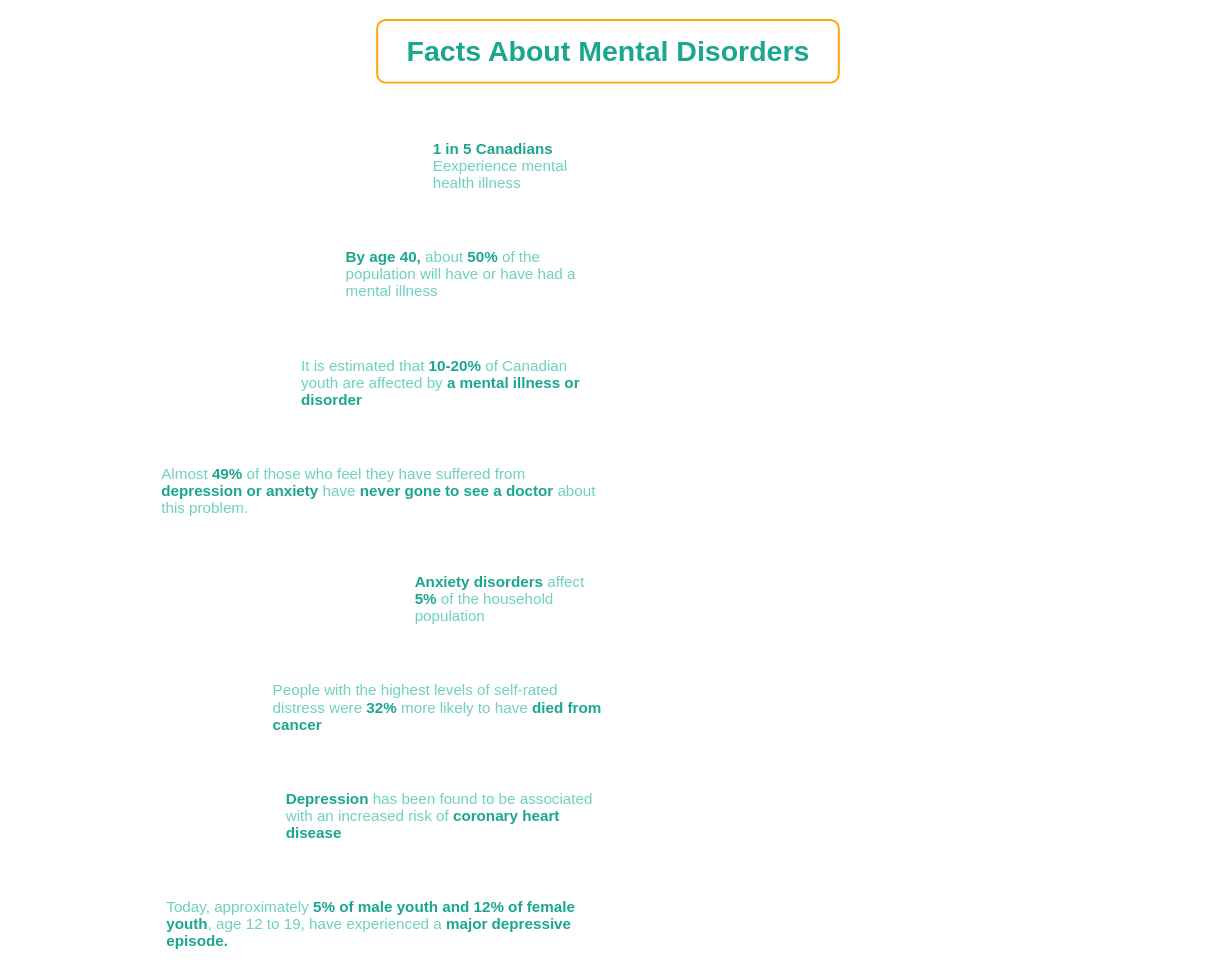
Repository: zzs1/2109-Dynamic-Content-Project
Page: joyce_code/index.html
The author's editor kept a copy of each file at every save. The page is drawn from the files as they stood at one save, then again after the next save.
The browser window is 1280 px wide. The pictures show the whole page, at 95% of full size.
Some web fonts or font styles are not loaded; a fallback is used.

Above is the page before, as saved 2021-03-08 20:55:50.
Console error: TypeError: Cannot read properties of null (reading 'innerHTML')

### joyce_code/index.html
<!DOCTYPE html>
<html>
  <head>
    <meta charset="UTF-8">
    <title>. </title>
    <link href="style.css" type="text/css" rel="stylesheet">
    <link href="https://fonts.googleapis.com/css2?family=Saira+Semi+Condensed:wght@500&display=swap" rel="stylesheet">
  </head>
  <body>
      <div id="main">

        <h3 id="heading"> Facts About Mental Disorders </h3>

        <div class="boxes" id="box1">
              <div class="text"><strong class="keyword">1 in 5 Canadians</strong> Eexperience mental health illness  </div>
              <div class="pic"></div>
        </div>

        <div class="boxes"  id="box2">
              <div class="pic"></div>
              <div class="text"><strong class="keyword">By age 40,</strong>
                about <div class="highlight">50%</div>  of the population will have or have had a mental illness  </div>
        </div>

        <div class="boxes" id="box3">
              <div class="text">It is estimated that <strong class="keyword">10-20% </strong> of Canadian youth are affected by <div class="highlight">a mental illness or disorder</div> </div>
              <div class="pic"></div>
        </div>

        <div class="boxes"  id="box4">
            <div class="pic"></div>
            <div class="text">Almost <strong class="keyword">49% </strong>of those who feel they have suffered from<strong class="keyword"> depression or anxiety</strong> have <strong class="keyword">never gone to see a doctor</strong> about this problem.</div>
        </div>

        <div class="boxes"  id="box5">
          <div class="text"><strong class="keyword">Anxiety disorders</strong> affect <strong class="keyword">5%</strong> of the household population </div>
          <div class="pic"></div>
        </div>

        <div class="boxes" id="box6">
          <div class="pic"></div>
          <div class="text">People with the highest levels of self-rated distress were <strong class="keyword">32%</strong> more likely to have <strong class="keyword">died from cancer</strong></div>
        </div>

        <div class="boxes" id="box7">
          <div class="text"><strong class="keyword">Depression </strong>has been found to be associated with an increased risk of <div class="highlight">coronary heart disease</div> </div>
          <div class="pic"></div>
        </div>

        <div class="boxes" id="box8">
          <div class="text">Today, approximately <div class="highlight">5% of male youth and 12% of female youth</div>, age 12 to 19, have experienced a <div class="highlight">major depressive episode.</div></div>
          <div class="pic"></div>
        </div>

      </div>
      <script src="index.js"></script>
      </body>
      </html>

### joyce_code/style.css
html, body{
    margin:0;
    font-family: 'Saira Semi Condensed', sans-serif;

}

#main{
    width:100vw;
    height:100vh;
    display:flex;
    flex-direction:column;
    align-self: start;
    align-items:center;

}

#heading{
    margin-top: 20px;
    font-size: 30px;
    color:#1BA68F;
    border:2px solid  orange;
    max-height:30%;
    max-width: 80%;
    padding:15px 30px;
    border-radius: 10px;
}

.boxes{
    padding:30px;
    max-height:40%;
    max-width: 80%;
    display: flex;
    flex-direction:column;
}
.text{
    display: inline;
    max-width: 50%;
    color:#6ED1BF;
}

.picture{
    width: 50%;
}

.keyword{
    color:#1BA68F;
}

.highlight{
    display: inline;
    color:#1BA68F;
    font-size: 16px;
    font-weight: bold;
}

### index.js
// DONT TOUCH !!Chisaki JS start from here
document.querySelector(".title").innerHTML += TitleUI("#FFFFFF","#1BA68F","Top 3 Mental illness in US","#1BA68F");
document.querySelector(".card").innerHTML += CardUI("What is top 1 Mental illness ?", "Bipolar disorder", "Anxiety disorder", "Major depressive disorder","Anxiety disorder","Symptoms can include excessive worrying, feeling agitated, restlessness, fatigue, tense muscles, difficulty sleeping, and panic attacks");
document.querySelector(".card").innerHTML += CardUI("What is 2nd Mental illness ?", "Bipolar disorder", "Anxiety disorder", "Major depressive disorder","Major depressive disorder", "Symptoms include depressed mood, change in weight, appetite and sleep patterns, fatigue, and a feeling of worthlessness");
document.querySelector(".card").innerHTML += CardUI("What is 3rd Mental illness ?", "Bipolar disorder", "Anxiety disorder", "Major depressive disorder","Bipolar disorder","Symptoms  include experience manic episodes where their moods and behaviors are drastically different than normal.");
document.querySelector(".title2").innerHTML += TitleUI("#FFFFFF","#FFD4C1","How to improve your mental health?","#FFAA81");
document.querySelector(".icon").innerHTML += IconUI("icon1",'comps/icon/pic1.svg',"EAT WELL");
document.querySelector(".icon").innerHTML += IconUI("icon2",'comps/icon/pic2.svg',"STRECHING");
document.querySelector(".icon").innerHTML += IconUI("icon3",'comps/icon/pic3.jpg',"STOP TOBBACO");
document.querySelector(".icon").innerHTML += IconUI("icon4",'comps/icon/pic4.svg', "TREAT YOURSELF");
document.querySelector(".icon").innerHTML += IconUI("icon5",'comps/icon/pic5.svg', "CHAT CHAT CHAT");
document.querySelector(".icon").innerHTML += IconUI("icon6",'comps/icon/pic6.svg', "PLAN YOUR GOAL");
document.querySelector(".info").innerHTML += InfoUI("info1",'comps/icon/pic1.svg',"Eat and drink to optimize your health","Eating healthy is not only good for your physical health, but also for your mental health. some people release their stress by eating junk foods, taking caffeine, or drinking alcohol, but it is not a good way to release your stress in the long run. Consider making healthy eating and drinking habits. ");
document.querySelector(".info").innerHTML += InfoUI("info2",'comps/icon/pic2.svg',"Exercise regularly","Try to do some exercises because we can ease our stress by moving our body. You can try non-competitive exercises, such as aerobics, weight training, and yoga. According to the study, aerobic exercise can release endorphins which are natural substances that make your feeling better and keep you being positive.");
document.querySelector(".info").innerHTML += InfoUI("info3",'comps/icon/pic3.jpg',"Stop using tobacco and nicotine products","Did you know smoking is not only bad for your physical health, but also mental health? Smoking increases your anxiety and tension. In fact, if you try to stop smoking and get rid of the nicotine, you would feel irritable and anxious due to the signals from certain chemicals in the brain.");
document.querySelector(".info").innerHTML += InfoUI("info4",'comps/icon/pic4.svg', "Study and practice relaxation techniques", "Finding your relaxation way is really important to relieve your stress. It can be anything that you would like to do, such as taking a long bath, deep breathing, doing mindfulness meditation, or daydreaming. In retheraphy, we are also introducing some popular relaxation ways.");
document.querySelector(".info").innerHTML += InfoUI("info5",'comps/icon/pic5.svg', "Talk how you feel to someone","By talking your concerns to someone else, you can organize your feeling. Moreover, someone may give you some advice for your concerns. It is always a good idea to talk your feelings to people you trust. If your concerns are really personal ones, you can also reach out to some professional consultants.");
document.querySelector(".info").innerHTML += InfoUI("info6",'comps/icon/pic6.svg', "Set realistic goals and expectations", "By setting realistic goals and achieving small goals step by step, you can get more and more confident on yourself. For example, if you are trying to go on diet, you can start by walking 1 or 2 bus stops distance once or twice a week. When you making a plan, it is a good idea to consider your plan for the long run.");
// DONT TOUCH !!Chisaki JS End here

After the next save:
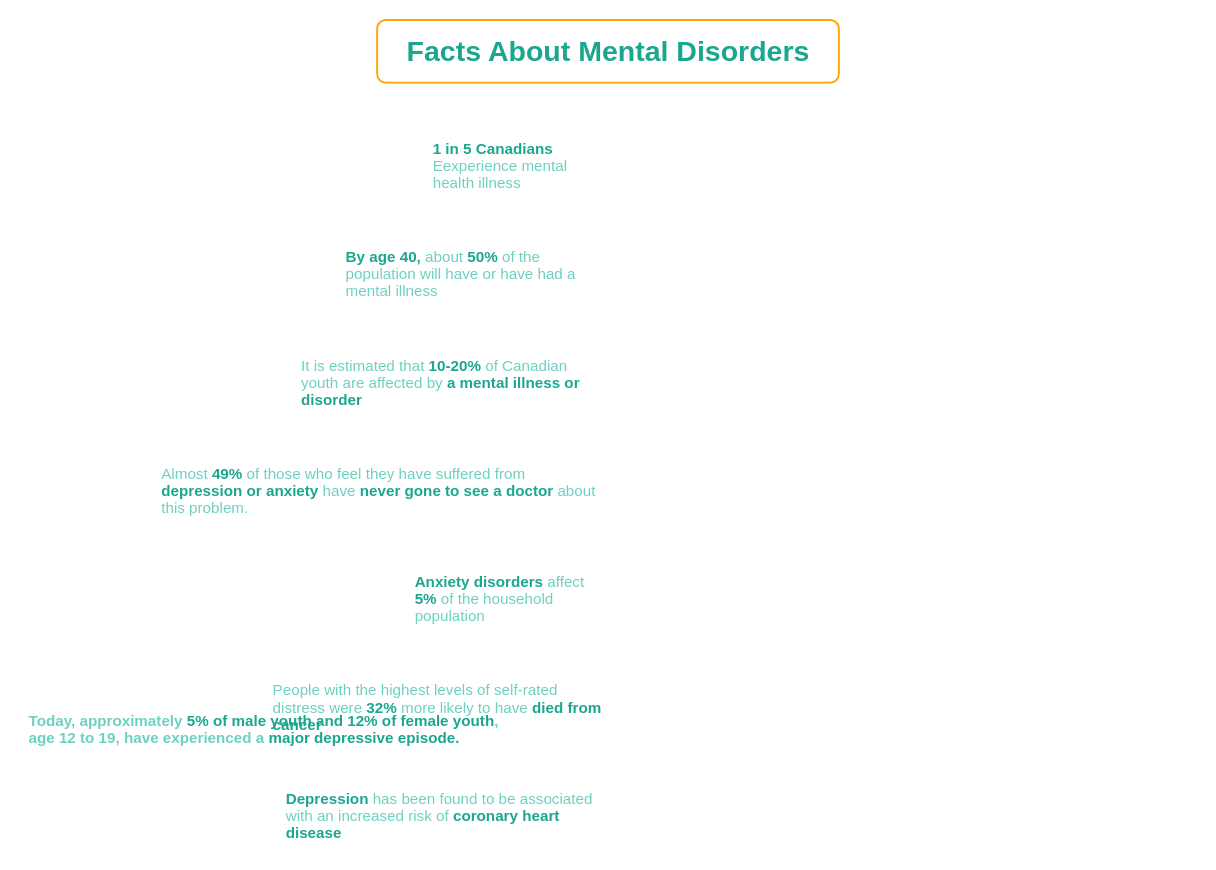
Saved 7 s later.
--- a/joyce_code/index.html
+++ b/joyce_code/index.html
@@ -43,7 +43,7 @@
         </div>
 
         <div class="boxes" id="box7">
-          <div class="text"><strong class="keyword">Depression </strong>has been found to be associated with an increased risk of <div class="highlight">coronary heart disease</div> </div>
+          <div class="text"><strong class="keyword">Depression </strong>has been found to be associated with an increased risk of <strong class="highlight">coronary heart disease</div> </div>
           <div class="pic"></div>
         </div>
 

After the 4 saves that followed:
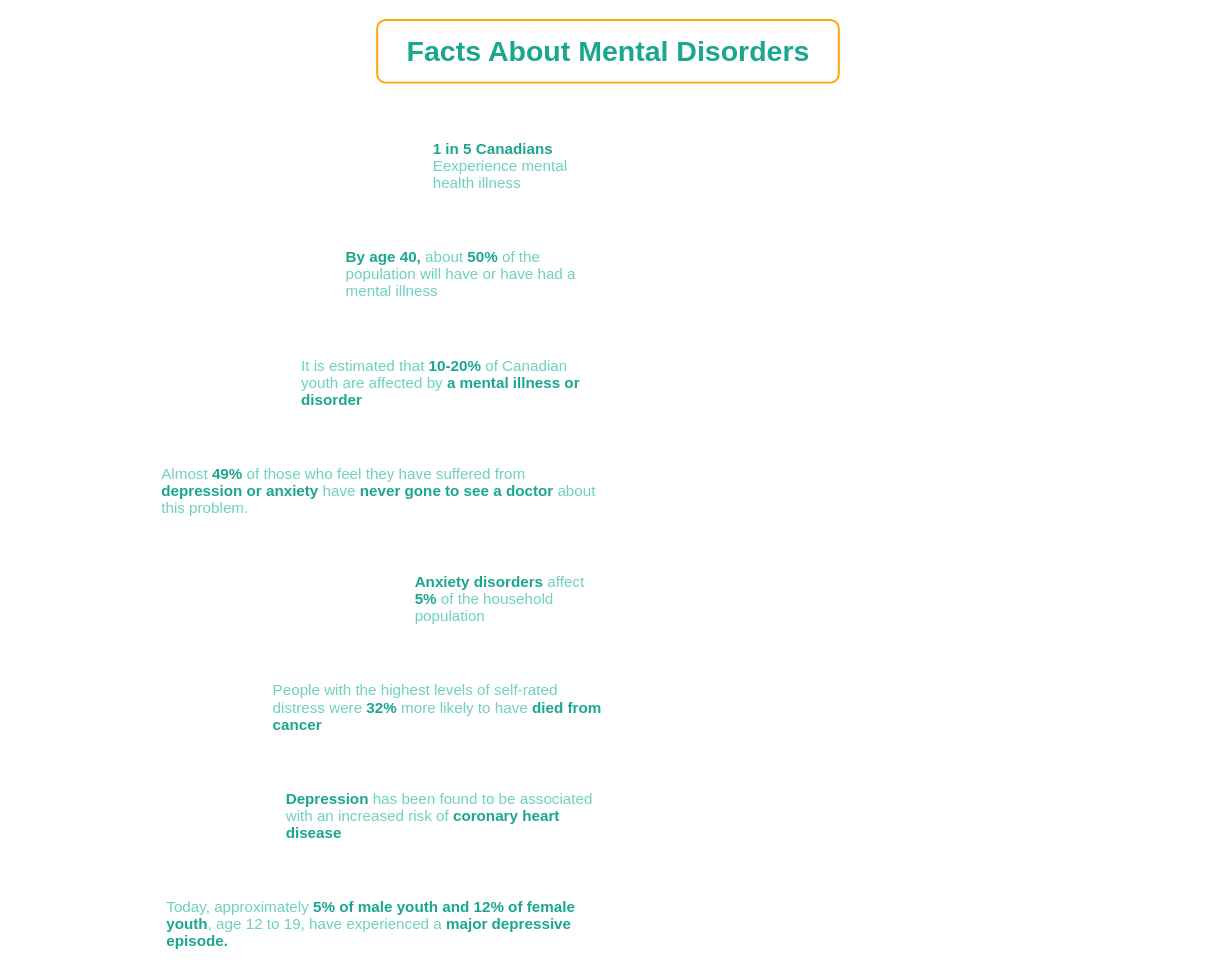
The 4 saves are shown as one change because 1 left the picture as it was and some came seconds apart.
The last was saved 17 s later.
--- a/joyce_code/index.html
+++ b/joyce_code/index.html
@@ -43,7 +43,7 @@
         </div>
 
         <div class="boxes" id="box7">
-          <div class="text"><strong class="keyword">Depression </strong>has been found to be associated with an increased risk of <strong class="highlight">coronary heart disease</div> </div>
+          <div class="text"><strong class="keyword">Depression </strong>has been found to be associated with an increased risk of <strong class="keyword">coronary heart disease</strong> </div>
           <div class="pic"></div>
         </div>
 
